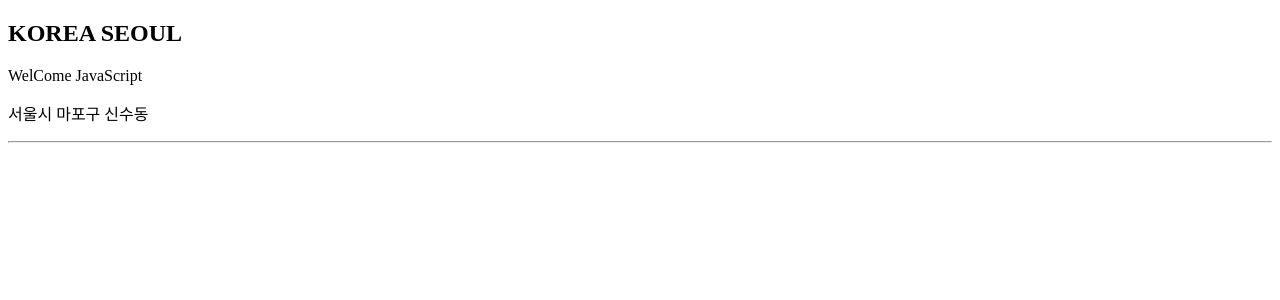
Repository: ady0099/webstudy
Page: 03_javascript/src/main/webapp/day03/ex09_DOM.html
An editor plug-in stored every save of this project. The page is shown before and after the next save, followed by the edit.
The browser window is 1280 px wide. The pictures show the whole page.

Above is the page before, as saved 2023-06-29 06:06:59.

### 03_javascript/src/main/webapp/day03/ex09_DOM.html
<!DOCTYPE html>
<html>
	<head>
		<meta charset="UTF-8">
		<title>Insert title here</title>
	</head>
	<body>
		<p id="demo1">Hello World</p>
		<p><span>WelCome JavaScript</span></p>
		<p class="demo2">서울시 마포구 신수동</p>
		<hr>

		<script type="text/javascript">
			// html 요소 변경하기
			// 내용(텍스트=content) 가져오거나 설정 : innerHTML
			// 속성 가져오기 => getAttribute("속성명");
			// 속성 설정하기 =? setAttribute("속성명", "값")
			// css를 이용해서 속성 설정하기 : style.속성명 = "값"
			document.getElementById("demo1").innerHTML = "<h2>KOREA SEOUL</h2>";

		</script>
	</body>
</html>

After the next save:
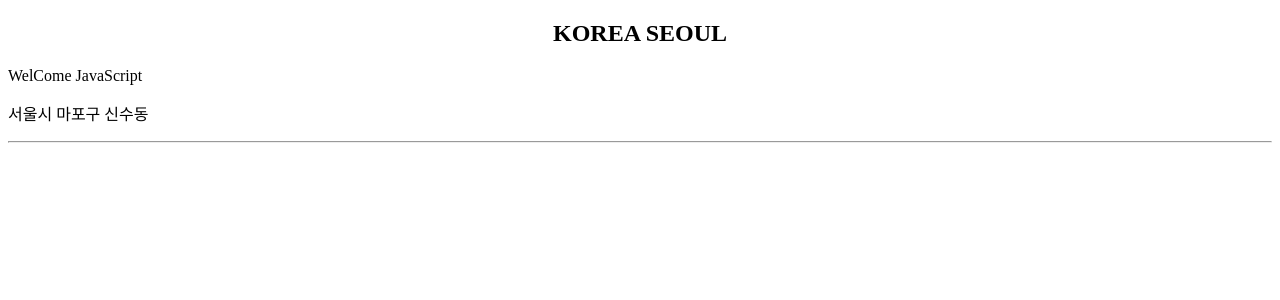
Saved 111 s later.
--- a/03_javascript/src/main/webapp/day03/ex09_DOM.html
+++ b/03_javascript/src/main/webapp/day03/ex09_DOM.html
@@ -17,6 +17,7 @@
 			// 속성 설정하기 =? setAttribute("속성명", "값")
 			// css를 이용해서 속성 설정하기 : style.속성명 = "값"
 			document.getElementById("demo1").innerHTML = "<h2>KOREA SEOUL</h2>";
+			document.getElementById("demo1").align = "center";
 
 		</script>
 	</body>
